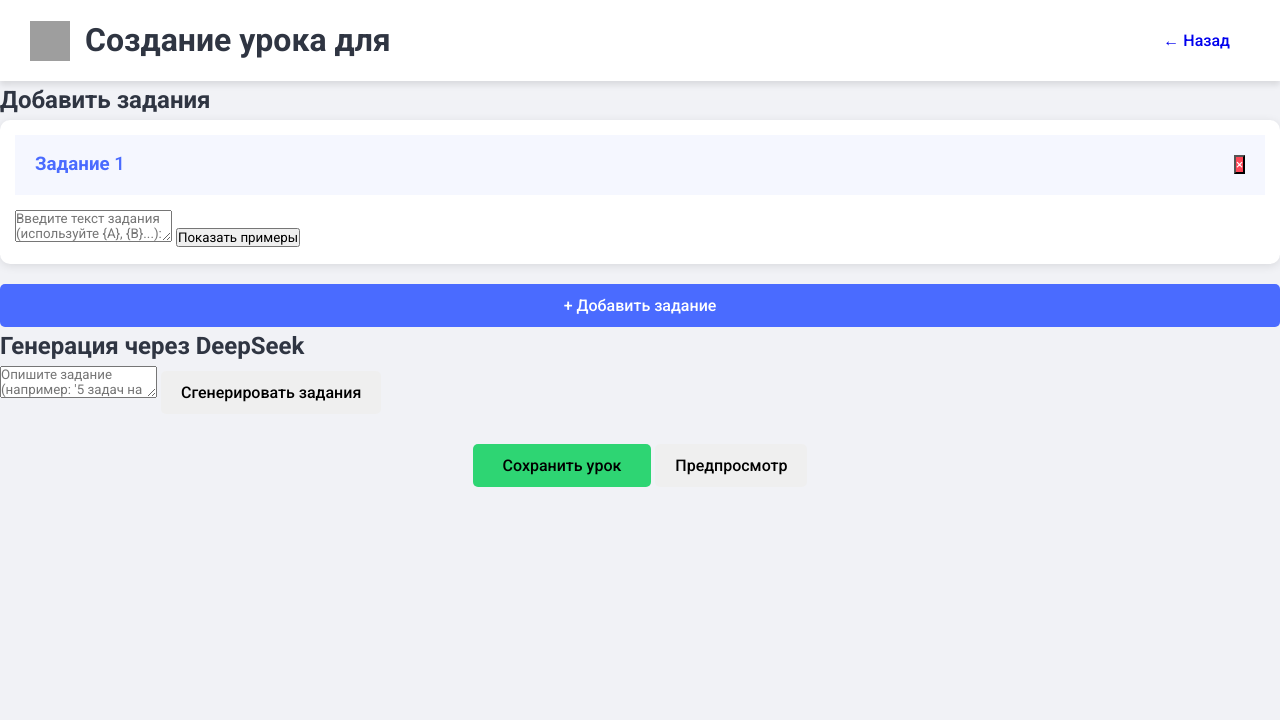
Repository: Igg9or/Urok
Page: templates/teacher_create_lesson.html
An editor plug-in stored every save of this project. The page is shown before and after the next save, followed by the edit.
The browser window is 1280 px wide. The pictures show the whole page.
Pictures or frames that could not be fetched are drawn as grey boxes. The page is served by the project's application, run on Flask 3 (app.py). The template is opened directly, without the code that normally fills it, so the values that code supplies are empty.

Above is the page before, as saved 2025-05-06 17:16:32.
Console error: TypeError: Cannot read properties of null (reading 'addEventListener')

After the next save:
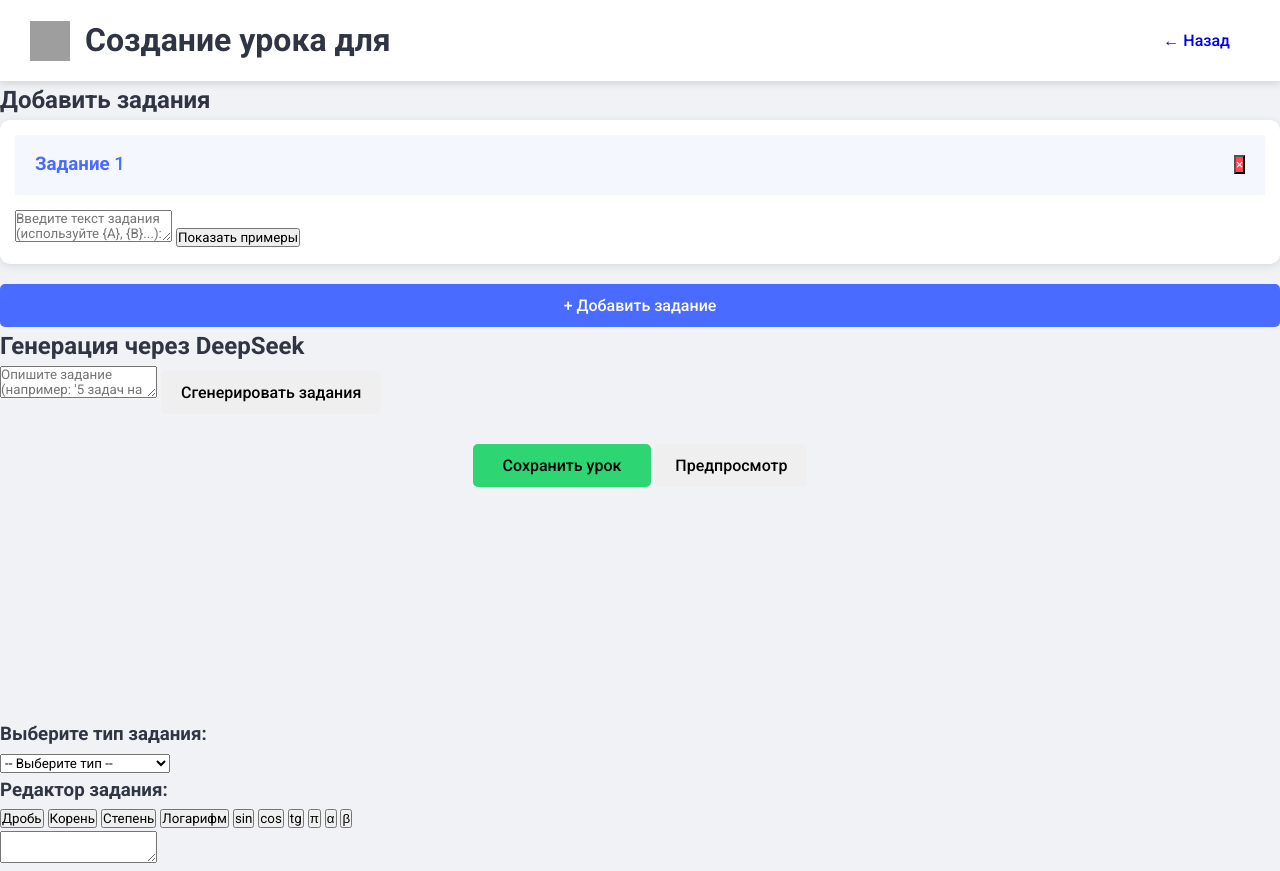
Saved 69 s later.
--- a/templates/teacher_create_lesson.html
+++ b/templates/teacher_create_lesson.html
@@ -49,6 +49,43 @@
         </main>
     </div>
 
+    <div class="task-creation-panel">
+        <div class="template-selection">
+            <h3>Выберите тип задания:</h3>
+            <select id="templateType" class="form-control">
+                <option value="">-- Выберите тип --</option>
+                <option value="linear_eq">Линейные уравнения</option>
+                <option value="quadratic_eq">Квадратные уравнения</option>
+                <option value="trigonometry">Тригонометрия</option>
+                <option value="logarithms">Логарифмы</option>
+                <option value="geometry">Геометрия</option>
+                <option value="custom">Свой вариант</option>
+            </select>
+
+            <div id="templateParams" class="hidden">
+                <!-- Параметры будут генерироваться динамически -->
+            </div>
+        </div>
+
+        <div class="math-editor">
+            <h3>Редактор задания:</h3>
+            <div class="math-toolbar">
+                <button class="btn-math" data-insert="frac{}{}">Дробь</button>
+                <button class="btn-math" data-insert="sqrt{}">Корень</button>
+                <button class="btn-math" data-insert="^{}">Степень</button>
+                <button class="btn-math" data-insert="log_{}()">Логарифм</button>
+                <button class="btn-math" data-insert="sin()">sin</button>
+                <button class="btn-math" data-insert="cos()">cos</button>
+                <button class="btn-math" data-insert="tan()">tg</button>
+                <button class="btn-math" data-insert="\pi">π</button>
+                <button class="btn-math" data-insert="\alpha">α</button>
+                <button class="btn-math" data-insert="\beta">β</button>
+            </div>
+            <textarea id="taskEditor" class="math-editor-area"></textarea>
+            <div id="mathPreview" class="math-preview"></div>
+        </div>
+    </div>
+
     <!-- Шаблон задания -->
     <template id="taskTemplate">
         <div class="task-card">
